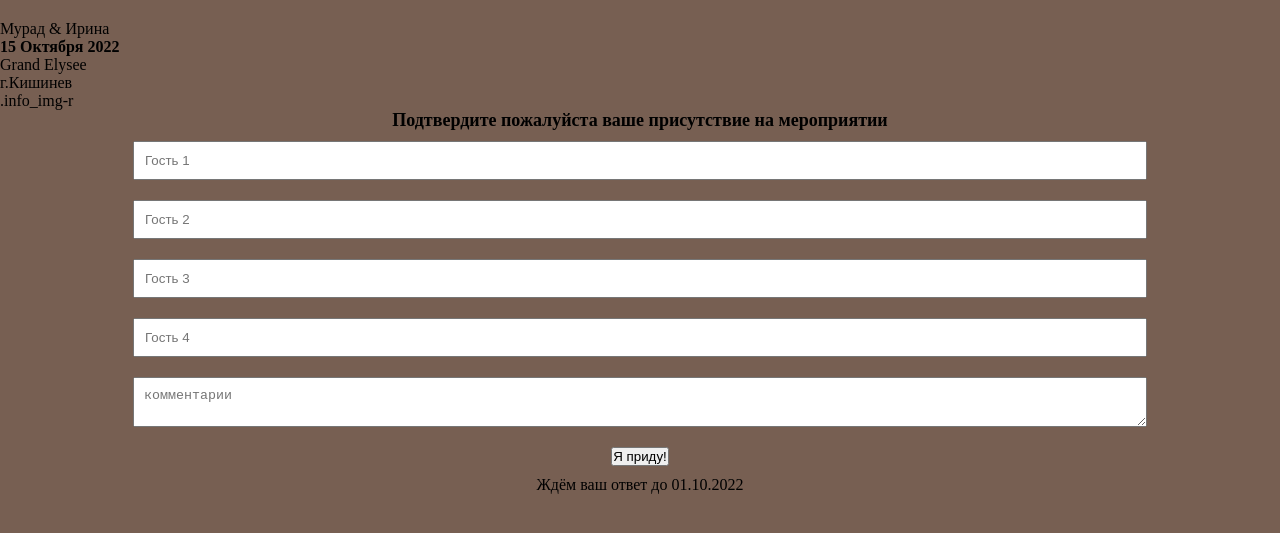
Repository: Anthony8845/wedding_invitation
Page: index.html
An editor plug-in stored every save of this project. The page is shown before and after a run of saves, followed by the edit.
The browser window is 1280 px wide. The pictures show the whole page.

Above is the page before, as saved 2022-07-29 13:13:45.

### index.html
<!DOCTYPE html>
<html lang="en">
<head>
    <meta charset="UTF-8">
    <meta http-equiv="X-UA-Compatible" content="IE=edge">
    <meta name="viewport" content="width=device-width, user-scalable=yes">
    <link rel="stylesheet" href="./style.css">
    <!-- <script src="./script.js"></script> -->
    <title>Приглашение на свадьбу</title>
</head>
<body>

    <div class="invitation">
        <div class="info">
            <div class="info_block">
                <div class="info_border">
                    <div class="info_img-u"></div>
                    <div class="info_name">Мурад & Ирина</div>
                </div>
                <div class="info_img-d"></div>
            </div>
            <div class="info__block">
                <div class="info_timer"></div>
                <div class="info_date">
                    <h4>15 Октября 2022</h4>
                    <p>Grand Elysee <br>
                        г.Кишинев</p>
                </div>
            </div>
            <div class="info__block">
                .info_img-r
            </div>

        </div>
        <div class="timetable">
            <div></div>
            <div></div>
            <div></div>
        </div>
        <div class="thanks">
            <div></div>
            <div></div>
            <div></div>
        </div>
        <form class="form"  action="mail.php"  method="POST" >
            <h2 class="form__header">Подтвердите пожалуйста ваше присутствие на мероприятии</h2>
            <input class="form__input_item" type="text" name="Guest1" placeholder="Гость 1">
            <input class="form__input_item" type="text" name="Guest2" placeholder="Гость 2">
            <input class="form__input_item" type="text" name="Guest3" placeholder="Гость 3">
            <input class="form__input_item" type="text" name="Guest4" placeholder="Гость 4">
            <textarea class="form__comment" name="Comment" placeholder="комментарии"></textarea>
            <button class="form__btn">Я приду!</button>
        </form>
        <div class="footer">Ждём ваш ответ до 01.10.2022</div>
    </div>
</body>
</html>

### style.css
* {
    box-sizing: border-box;
    margin: 0;
    padding: 0;
}

body{
    position: relative;
    padding: 20px 0;
    background-color: rgb(119, 95, 82);
}



.invitation {
}
.info {
}
.info_block {
}
.info_border {
}
.info_img-u {
}
.info_name {
}
.info_img-d {
}
.info__block {
}
.info_timer {
}
.info_date {
}

.form {

    text-align: center;
    margin: 0 10%;

    display: flex;
    flex-direction: column;

}

.form::after {
    content: '';
    position: absolute;
    top: 0;
    left: 0;
    width: 100%;
    height: 100%;
    background: #767676 url(./img/heart.gif) center /50px no-repeat;
    opacity: 0;
    visibility: hidden;
}

.form._sending::after {
    opacity: 0.8;
    visibility: visible;
}


.form__header {
    font-size: 18px;
}

.form__input_item {
    margin: 10px 5px;
    padding: 10px 10px;

}

.form__comment {
    padding: 10px 10px;
    margin: 10px 5px;
    resize: vertical;
    height: 50px;
}

.form__btn {
    margin: 0 auto;
    margin-top: 10px;
    max-width: 70px;
}

.footer {
    margin-top: 10px;
    text-align: center;
}

After the next 2 saves:
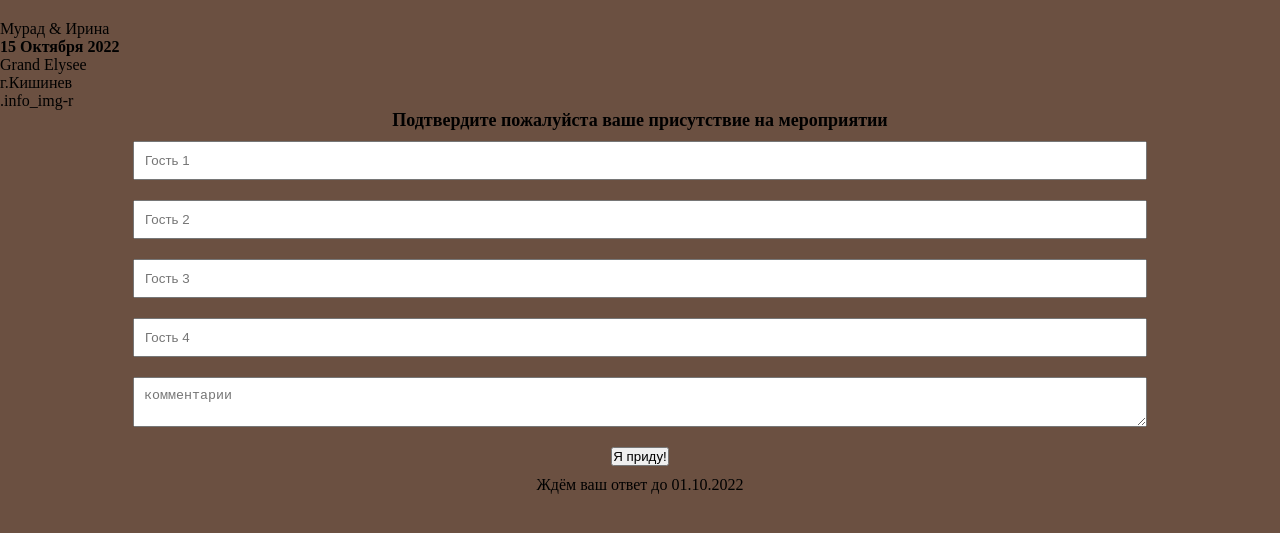
The 2 saves are shown as one change because they came seconds apart.
The last was saved 23 s later.
--- a/style.css
+++ b/style.css
@@ -7,7 +7,7 @@
 body{
     position: relative;
     padding: 20px 0;
-    background-color: rgb(119, 95, 82);
+    background-color: rgb(107, 80, 65);
 }
 
 
